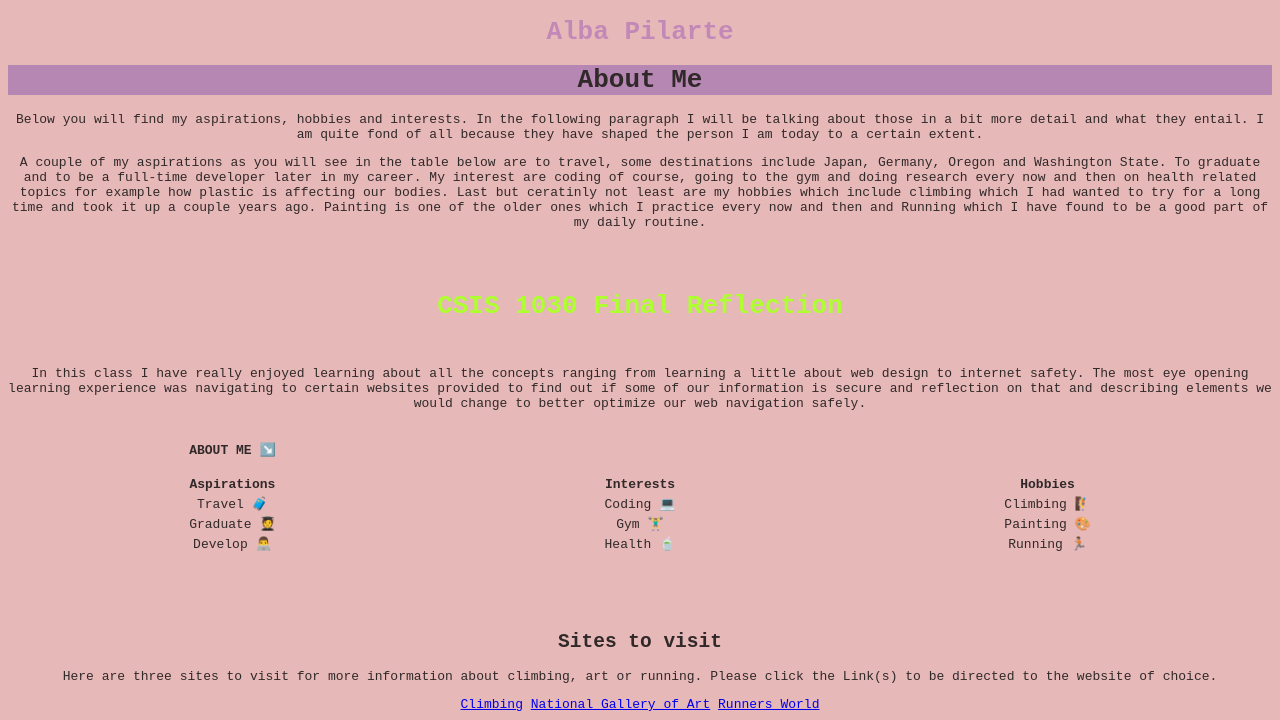
Repository: pilar122/e-portfolio
Page: index.html
An editor plug-in stored every save of this project. The page is shown before and after the next save, followed by the edit.
The browser window is 1280 px wide. The pictures show the whole page.

Above is the page before, as saved 2022-04-24 13:51:26.

After the next save:
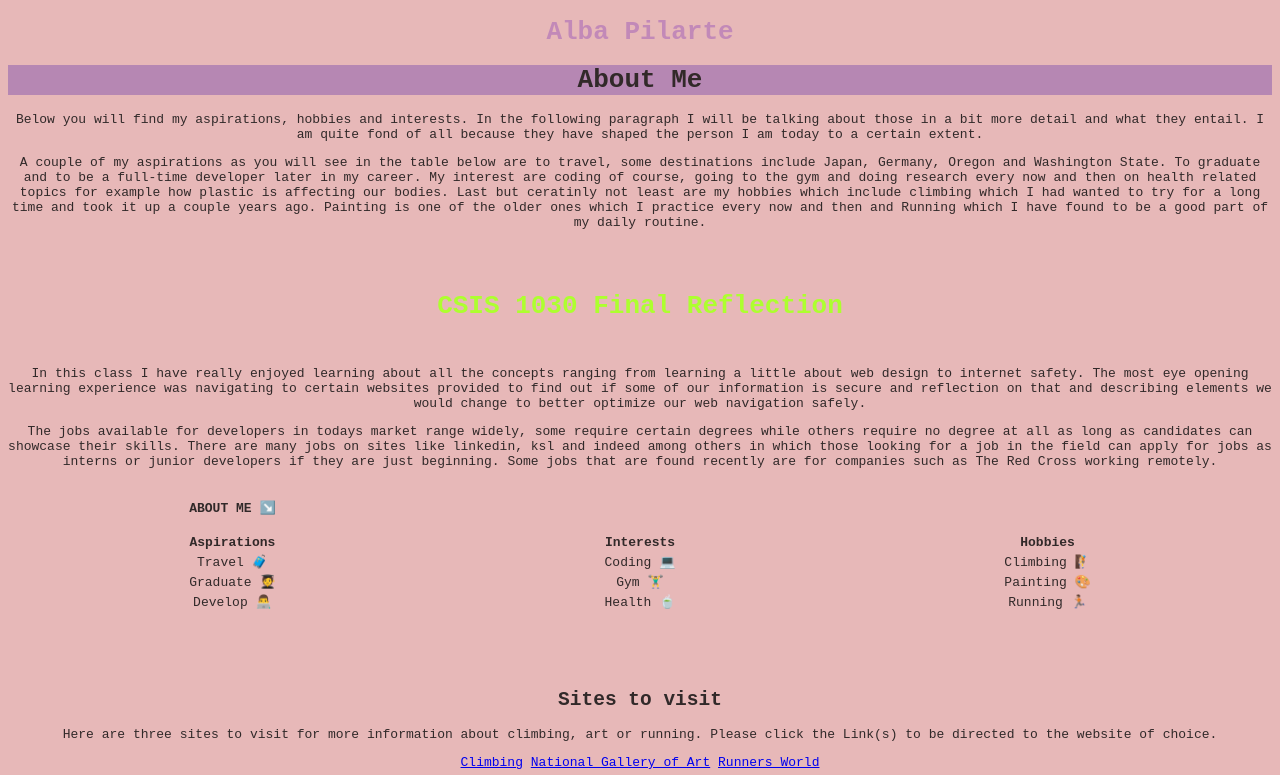
Saved 4 min 41 s later.
--- a/index.html
+++ b/index.html
@@ -27,6 +27,7 @@ body {
       <h1> <span style= "color: greenyellow;">CSIS 1030 Final Reflection</span></h1>
       <br>
       <p>In this class I have really enjoyed learning about all the concepts ranging from learning a little about web design to internet safety. The most eye opening learning experience was navigating to certain websites provided to find out if some of our information is secure and reflection on that and describing elements we would change to better optimize our web navigation safely.   </p>
+      <p>The jobs available for developers in todays market range widely, some require certain degrees while others require no degree at all as long as candidates can showcase their skills. There are many jobs on sites like linkedin, ksl and indeed among others in which those looking for a job in the field can apply for jobs as interns or junior developers if they are just beginning. Some jobs that are found recently are for companies such as The Red Cross working remotely.</p>
     </Header>
 
 
